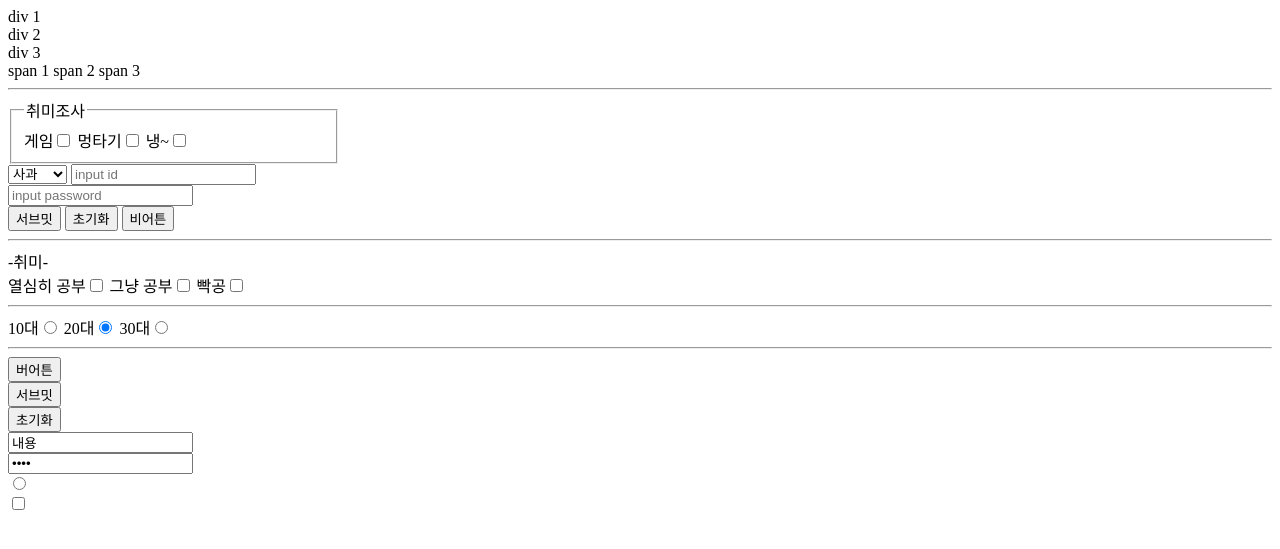
Repository: jwlee0714/HTML
Page: html/day02.html
An editor plug-in stored every save of this project. The page is shown before and after the next save, followed by the edit.
The browser window is 1280 px wide. The pictures show the whole page.

Above is the page before, as saved 2021-10-05 07:48:09.

### html/day02.html
<!DOCTYPE html>
<html>
<head>
<meta charset="UTF-8">
<title>Insert title here</title>
</head>
<body>
	<div>div 1</div>
	<div>div 2</div>
	<div>div 3</div>

	<span>span 1</span>
	<span>span 2</span>
	<span>span 3</span>

<hr>

	<fieldset style="width:300px;">
		<legend>취미조사</legend>
		게임<input type="checkbox">
		멍타기<input type="checkbox">
		냉~<input type="checkbox">
	</fieldset>

	<form action="day01.html" method="get">
		<select name ="select">
			<option value="p1">사과
			<option value="p2">바나나
			<option value="p3">배
		</select>
		<input type="text" name ="id" placeholder="input id"><br>
		<input type="password" name="pwd" placeholder="input password"><br>
		<input type="submit" value="서브밋">
		<input type="reset" value="초기화">
		<input type="button" value="비어튼">
	</form>

<hr>

-취미-<br>
열심히 공부<input type="checkbox">
그냥 공부<input type="checkbox">
빡공<input type="checkbox">

<hr>

10대<input type="radio" name="age">
20대<input type="radio" name="age" checked>
30대<input type="radio" name="age">

<hr>

	<input type="button" value="버어튼"><br>
	<input type="submit" value="서브밋"><br>
	<input type="reset" value="초기화"><br>
	<input type="text" value ="내용"><br>
	<input type="password" value="비밀번호"><br>
	<input type="radio"><br>
	<input type="checkbox"><br>


</body>
</html>

After the next save:
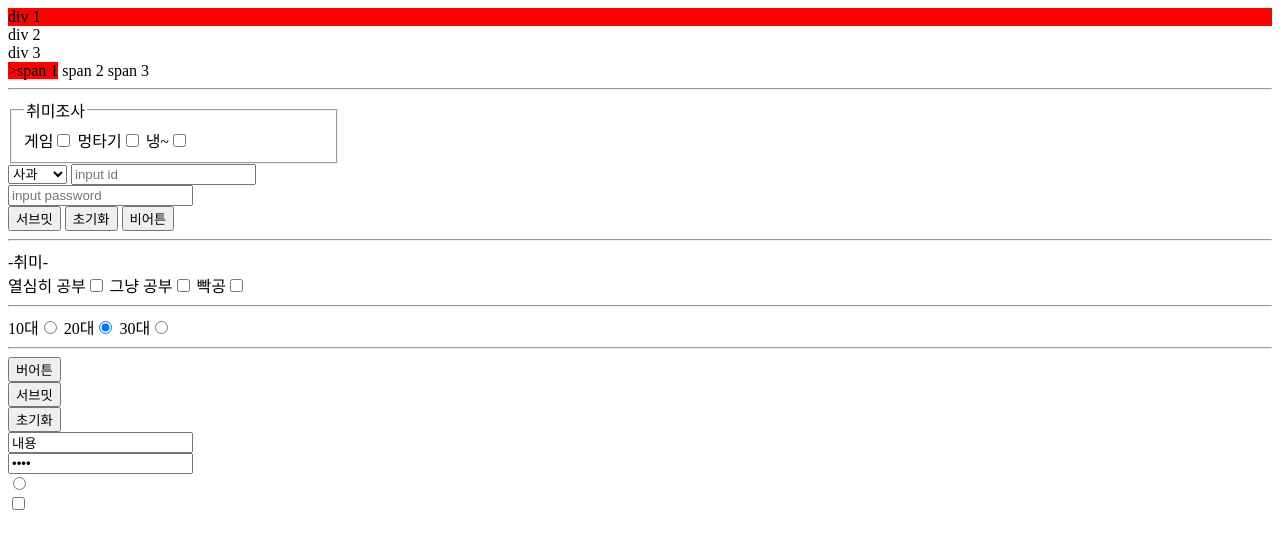
Saved 83 s later.
--- a/html/day02.html
+++ b/html/day02.html
@@ -5,11 +5,11 @@
 <title>Insert title here</title>
 </head>
 <body>
-	<div>div 1</div>
+	<div style="background-color:red;">div 1</div>
 	<div>div 2</div>
 	<div>div 3</div>
 
-	<span>span 1</span>
+	<span style="background-color:red;">>span 1</span>
 	<span>span 2</span>
 	<span>span 3</span>
 
